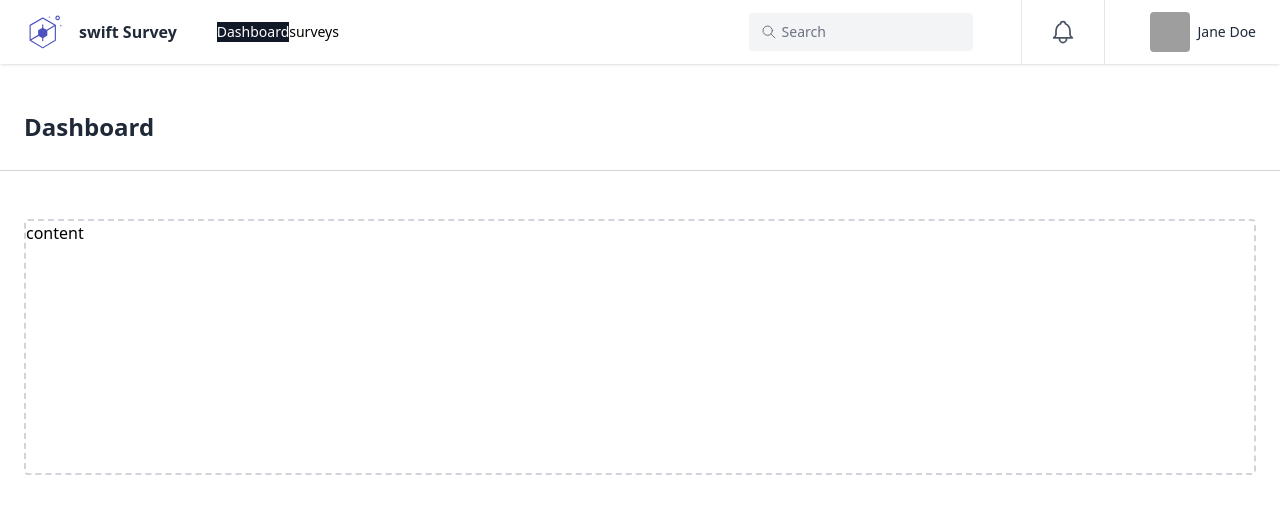
Repository: thomsontochi/swiftSurvey
Page: /dashboard (app in vue/)
These files come from the project's save history. The page is drawn as it stood at one moment and after a run of saves; the edit follows.
The browser window is 1280 px wide. The pictures show the whole page.
Pictures or frames that could not be fetched are drawn as grey boxes. The project was rebuilt for these pictures with package versions that can differ from the ones it lists, and the page was loaded fresh each time. Also part of the build but not shown: vue/vite.config.js, vue/src/views/Login.vue, vue/src/views/Register.vue, vue/src/views/Surveys.vue, vue/src/components/AuthLayout.vue, vue/src/components/Pages/Welcome.vue.

Above is the page before, as saved 2022-07-16 20:33:53.

### vue/src/main.js
import { createApp } from 'vue'
import App from './App.vue'
import store from './store'
import './index.css'
import router from './router'

createApp(App)
    .use(router)
    .use(store)
    .mount('#app')

### vue/src/App.vue
<script setup>

</script>

<template>

  <router-view></router-view>

</template>

### vue/src/store/index.js
import { createStore } from "vuex";

const store = createStore ({

    state: {
        user: {
            data: {},
            token: 123,
          }
    },
    getters:{},
    actions:{},
    mutations:{},
    modules:{}
})

export default store;

### vue/src/router/index.js
import { createRouter, createWebHistory } from "vue-router";
import Login from '../views/Login.vue'
import Register from '../views/Register.vue'
import Dashboard from "../views/Dashboard.vue"
import DefaultLayout from "../components/DefaultLayout.vue"
import Surveys from "../views/Surveys.vue"
import AuthLayout from "../components/AuthLayout.vue"
import Welcome from "../components/Pages/Welcome.vue"
import store from "../store"




const routes = [
    {
      path: "/",
      name: Welcome,
      component: Welcome
    },
    {
        path: "/dashboard",
        redirect: "/dashboard",
        component: DefaultLayout,
        meta: {requiresAuth: true},
        children: [
          { path: "/dashboard", name: "Dashboard", component: Dashboard },
          { path: "/surveys", name: "Surveys", component: Surveys },
        ],
    },
    {
        path:"/auth",
        redirect: "/login",
        name:"Auth",
        component: AuthLayout,
        meta: {isGuest: true},
        children: [

            {
                path: '/login',
                name: 'Login',
                component: Login
            },
            {
                path: '/register',
                name: 'Register',
                component: Register
            }

        ]

    },


];

const router = createRouter ({
    history: createWebHistory(),
    routes
})

router.beforeEach((to, from, next) => {
    if (to.meta.requiresAuth && !store.state.user.token) {
      next({ name: "Login" });
    } else if (store.state.user.token && to.meta.isGuest) {
      next({ name: "Dashboard" });
    } else {
      next();
    }
  });

export default router;

### vue/src/views/Dashboard.vue
<template>

     <!-- Page title starts -->

        <div class="  my-6 lg:my-12 container px-6 mx-auto flex flex-col lg:flex-row items-start lg:items-center justify-between pb-4 border-b border-gray-300">
            <div>
                <h4 class="text-2xl font-bold leading-tight text-gray-800">Dashboard</h4>

                <ul class="flex flex-col md:flex-row items-start md:items-center text-gray-600 text-sm mt-3"> </ul>
            </div>
            <!-- <div class="mt-6 lg:mt-0">
                <button class="mx-2 my-2 bg-white transition duration-150 ease-in-out focus:outline-none hover:bg-gray-100 rounded text-indigo-700 px-6 py-2 text-sm">Back</button>
                <button class="transition duration-150 ease-in-out hover:bg-indigo-600 focus:outline-none border bg-indigo-700 rounded text-white px-8 py-2 text-sm">Edit Profile</button>
            </div> -->
        </div>
        <!-- Page title ends -->


        <div class="container mx-auto px-6">
            <!-- Remove class [ h-64 ] when adding a card block -->
            <!-- Remove class [ border-dashed border-2 border-gray-300 ] to remove dotted border -->
            <div class="w-full h-64 rounded border-dashed border-2 border-gray-300">
                <!-- Place your content here -->
                <h1>content</h1>
            </div>
        </div>


</template>

<!-- <script>
export default {
    name: "LightWithGreyBackground",
    data() {
        return {
            xmlns: "http://www.w3.org/2000/svg",
            xlink: "http://www.w3.org/1999/xlink",
            profilePhoto: "https://tuk-cdn.s3.amazonaws.com/assets/components/boxed_layout/bl_1.png",
        };
    },
    methods: {
        dropdownHandler(event) {
            let single = event.currentTarget.getElementsByTagName("ul")[0];
            single.classList.toggle("hidden");
        },
        MenuHandler(el, val) {
            let MainList = el.currentTarget.parentElement.getElementsByTagName("ul")[0];
            let closeIcon = el.currentTarget.parentElement.getElementsByClassName("close-m-menu")[0];
            let showIcon = el.currentTarget.parentElement.getElementsByClassName("show-m-menu")[0];
            if (val) {
                MainList.classList.remove("hidden");
                el.currentTarget.classList.add("hidden");
                closeIcon.classList.remove("hidden");
            } else {
                showIcon.classList.remove("hidden");
                MainList.classList.add("hidden");
                el.currentTarget.classList.add("hidden");
            }
        },
    },
};
</script> -->

### vue/src/components/DefaultLayout.vue
<template>
    <div class="">
        <!-- Navigation starts -->
        <nav class="w-full mx-auto bg-white shadow">
            <div class="container px-6 justify-between h-16 flex items-center lg:items-stretch mx-auto">
                <div class="h-full flex items-center">
                    <div class="mr-10 flex items-center">
                        <svg aria-label="Home" id="logo" enable-background="new 0 0 300 300" height="44" viewBox="0 0 300 300" width="43" v-bind:xmlns="xmlns" :xmlns:xlink="xlink">
                            <g>
                                <path
                                    fill="#4c51bf"
                                    d="m234.735 35.532c-8.822 0-16 7.178-16 16s7.178 16 16 16 16-7.178 16-16-7.178-16-16-16zm0 24c-4.412 0-8-3.588-8-8s3.588-8 8-8 8 3.588 8 8-3.588 8-8 8zm-62.529-14c0-2.502 2.028-4.53 4.53-4.53s4.53 2.028 4.53 4.53c0 2.501-2.028 4.529-4.53 4.529s-4.53-2.027-4.53-4.529zm89.059 60c0 2.501-2.028 4.529-4.53 4.529s-4.53-2.028-4.53-4.529c0-2.502 2.028-4.53 4.53-4.53s4.53 2.029 4.53 4.53zm-40.522-5.459-88-51.064c-1.242-.723-2.773-.723-4.016 0l-88 51.064c-1.232.715-1.992 2.033-1.992 3.459v104c0 1.404.736 2.705 1.938 3.428l88 52.936c.635.381 1.35.572 2.062.572s1.428-.191 2.062-.572l88-52.936c1.201-.723 1.938-2.023 1.938-3.428v-104c0-1.426-.76-2.744-1.992-3.459zm-90.008-42.98 80.085 46.47-52.95 31.289-23.135-13.607v-21.713c0-2.209-1.791-4-4-4s-4 1.791-4 4v21.713l-26.027 15.309c-1.223.719-1.973 2.029-1.973 3.447v29.795l-52 30.727v-94.688zm0 198.707-80.189-48.237 51.467-30.412 24.723 14.539v19.842c0 2.209 1.791 4 4 4s4-1.791 4-4v-19.842l26.027-15.307c1.223-.719 1.973-2.029 1.973-3.447v-31.667l52-30.728v94.729z"
                                />
                            </g>
                        </svg>
                        <router-link :to="{path: '/' }" class="text-base text-gray-800 font-bold tracking-normal leading-tight ml-3 hidden lg:block">swift Survey</router-link>
                    </div>

                    <ul class="pr-12 xl:flex items-center h-full hidden">
                        <li class="hover:text-indigo-700 cursor-pointer h-full flex items-center text-sm  tracking-normal">
                         <router-link
                          v-for="item in navigation"
                          :key="item.name"
                          :to="item.to"
                          active-class="bg-gray-900 text-white"
                         >
                              {{item.name}}
                        </router-link>
                        </li>
                        <!-- <li class="hover:text-indigo-700 cursor-pointer h-full flex items-center text-sm text-gry-800 mx-10 tracking-normal">
                         <router-link
                            v-for="item in navigation"
                            :key="item.name"
                            :to="item.to"
                            active-class="bg-gray-900 text-white"
                            :class="[ this.$route.name === item.to.name ? '' : ' hover:bg-gray-700 hover:text-white', 'px-3 py-2 rounded-md text-sm font-medium']">
                            {{item.name}}
                        </router-link>
                        </li> -->

                    </ul>
                </div>

                <div class="h-full xl:flex items-center justify-end hidden">
                    <div class="w-full h-full flex items-center">
                        <div class="w-full pr-12 h-full flex items-center border-r">
                            <div class="relative w-full">
                                <div class="text-gray-500 absolute ml-3 inset-0 m-auto w-4 h-4">
                                    <svg v-bind:xmlns="xmlns" class="icon icon-tabler icon-tabler-search" width="16" height="16" viewBox="0 0 24 24" stroke-width="1.5" stroke="currentColor" fill="none" stroke-linecap="round" stroke-linejoin="round">
                                        <path stroke="none" d="M0 0h24v24H0z" />
                                        <circle cx="10" cy="10" r="7" />
                                        <line x1="21" y1="21" x2="15" y2="15" />
                                    </svg>
                                </div>
                                <input class="border border-gray-100 focus:outline-none focus:border-indigo-700 w-56 rounded text-sm text-gray-500 bg-gray-100 pl-8 py-2" type="text" placeholder="Search" />
                            </div>
                        </div>
                        <div class="w-full h-full flex">
                            <div class="w-32 h-full flex items-center justify-center border-r cursor-pointer text-gray-600">
                                <svg v-bind:xmlns="xmlns" class="icon icon-tabler icon-tabler-bell" width="28" height="28" viewBox="0 0 24 24" stroke-width="1.5" stroke="currentColor" fill="none" stroke-linecap="round" stroke-linejoin="round">
                                    <path stroke="none" d="M0 0h24v24H0z" />
                                    <path d="M10 5a2 2 0 0 1 4 0a7 7 0 0 1 4 6v3a4 4 0 0 0 2 3h-16a4 4 0 0 0 2 -3v-3a7 7 0 0 1 4 -6" />
                                    <path d="M9 17v1a3 3 0 0 0 6 0v-1" />
                                </svg>
                            </div>
                            <div aria-haspopup="true" class="cursor-pointer w-full flex items-center justify-end relative" @click="dropdownHandler($event)">
                                <ul class="p-2 w-40 border-r bg-white absolute rounded z-40 left-0 shadow mt-64 hidden">
                                    <li class="cursor-pointer text-gray-600 text-sm leading-3 tracking-normal py-2 hover:text-indigo-700 focus:text-indigo-700 focus:outline-none">
                                        <div class="flex items-center">
                                            <svg v-bind:xmlns="xmlns" class="icon icon-tabler icon-tabler-user" width="20" height="20" viewBox="0 0 24 24" stroke-width="1.5" stroke="currentColor" fill="none" stroke-linecap="round" stroke-linejoin="round">
                                                <path stroke="none" d="M0 0h24v24H0z" />
                                                <circle cx="12" cy="7" r="4" />
                                                <path d="M6 21v-2a4 4 0 0 1 4 -4h4a4 4 0 0 1 4 4v2" />
                                            </svg>
                                            <span class="ml-2"> My Profile </span>
                                        </div>
                                    </li>
                                    <li class="cursor-pointer text-gray-600 text-sm leading-3 tracking-normal mt-2 py-2 hover:text-indigo-700 focus:text-indigo-700 focus:outline-none flex items-center">
                                        <svg v-bind:xmlns="xmlns" class="icon icon-tabler icon-tabler-help" width="20" height="20" viewBox="0 0 24 24" stroke-width="1.5" stroke="currentColor" fill="none" stroke-linecap="round" stroke-linejoin="round">
                                            <path stroke="none" d="M0 0h24v24H0z" />
                                            <circle cx="12" cy="12" r="9" />
                                            <line x1="12" y1="17" x2="12" y2="17.01" />
                                            <path d="M12 13.5a1.5 1.5 0 0 1 1 -1.5a2.6 2.6 0 1 0 -3 -4" />
                                        </svg>
                                        <span class="ml-2">Help Center</span>
                                    </li>
                                    <li class="cursor-pointer text-gray-600 text-sm leading-3 tracking-normal mt-2 py-2 hover:text-indigo-700 flex items-center focus:text-indigo-700 focus:outline-none">
                                        <svg v-bind:xmlns="xmlns" class="icon icon-tabler icon-tabler-settings" width="20" height="20" viewBox="0 0 24 24" stroke-width="1.5" stroke="currentColor" fill="none" stroke-linecap="round" stroke-linejoin="round">
                                            <path stroke="none" d="M0 0h24v24H0z" />
                                            <path d="M10.325 4.317c.426-1.756 2.924-1.756 3.35 0a1.724 1.724 0 0 0 2.573 1.066c1.543-.94 3.31.826 2.37 2.37a1.724 1.724 0 0 0 1.065 2.572c1.756.426 1.756 2.924 0 3.35a1.724 1.724 0 0 0 -1.066 2.573c.94 1.543-.826 3.31-2.37 2.37a1.724 1.724 0 0 0 -2.572 1.065c-.426 1.756-2.924 1.756-3.35 0a1.724 1.724 0 0 0 -2.573 -1.066c-1.543.94-3.31-.826-2.37-2.37a1.724 1.724 0 0 0 -1.065 -2.572c-1.756-.426-1.756-2.924 0-3.35a1.724 1.724 0 0 0 1.066 -2.573c-.94-1.543.826-3.31 2.37-2.37.996.608 2.296.07 2.572-1.065z" />
                                            <circle cx="12" cy="12" r="3" />
                                        </svg>
                                        <span class="ml-2">Account Settings</span>
                                    </li>
                                </ul>
                                <img class="rounded h-10 w-10 object-cover" v-bind:src="profilePhoto" alt="logo" />
                                <p class="text-gray-800 text-sm ml-2">Jane Doe</p>
                            </div>
                        </div>
                    </div>
                </div>

                <div class="visible xl:hidden flex items-center">
                    <ul class="z-40 p-2 border-r bg-white absolute rounded top-0 left-0 right-0 shadow mt-16 md:mt-16 hidden">
                        <li class="flex xl:hidden cursor-pointer text-gray-600 text-base leading-3 tracking-normal mt-2 py-3 hover:text-indigo-700 focus:text-indigo-700 focus:outline-none">
                            <div class="flex items-center">
                                <span class="leading-6 ml-2 font-bold"> Dashboard </span>
                            </div>
                        </li>
                        <li class="xl:hidden flex-col cursor-pointer text-gray-600 text-base leading-3 tracking-normal py-3 hover:text-indigo-700 focus:text-indigo-700 focus:outline-none flex justify-center" @click="dropdownHandler($event)">
                            <div class="flex items-center">
                                <span class="leading-6 ml-2 font-bold"> Products </span>
                            </div>
                            <ul class="ml-2 mt-3 hidden">
                                <li class="cursor-pointer text-gray-600 text-sm leading-3 tracking-normal py-3 hover:bg-indigo-700 hover:text-white px-3 font-normal">Landing Pages</li>
                                <li class="cursor-pointer text-gray-600 text-sm leading-3 tracking-normal py-3 hover:bg-indigo-700 hover:text-white px-3 font-normal">Templates</li>
                                <li class="cursor-pointer text-gray-600 text-sm leading-3 tracking-normal py-3 hover:bg-indigo-700 hover:text-white px-3 font-normal">Components</li>
                            </ul>
                        </li>
                        <li class="xl:hidden cursor-pointer text-gray-600 text-base leading-3 tracking-normal py-3 hover:text-indigo-700 flex items-center focus:text-indigo-700 focus:outline-none">
                            <span class="leading-6 ml-2 font-bold">Performance</span>
                        </li>
                        <li class="xl:hidden flex-col cursor-pointer text-gray-600 text-base leading-3 tracking-normal mb-2 py-3 hover:text-indigo-700 focus:text-indigo-700 focus:outline-none flex justify-center" @click="dropdownHandler($event)">
                            <div class="flex items-center">
                                <span class="leading-6 ml-2 font-bold"> Deliverables </span>
                            </div>
                            <ul class="ml-2 mt-3 hidden">
                                <li class="cursor-pointer text-gray-600 text-sm leading-3 tracking-normal py-3 hover:bg-indigo-700 hover:text-white px-3 font-normal">Landing Pages</li>
                                <li class="cursor-pointer text-gray-600 text-sm leading-3 tracking-normal py-3 hover:bg-indigo-700 hover:text-white px-3 font-normal">Templates</li>
                                <li class="cursor-pointer text-gray-600 text-sm leading-3 tracking-normal py-3 hover:bg-indigo-700 hover:text-white px-3 font-normal">Components</li>
                            </ul>
                        </li>
                        <li>
                            <hr class="border-b border-gray-300 w-full" />
                        </li>
                        <li class="ml-2 cursor-pointer text-gray-600 text-sm leading-3 tracking-normal mt-2 py-2 hover:text-indigo-700 flex items-center focus:text-indigo-700 focus:outline-none">
                            <div class="flex items-center">
                                <div class="w-12 cursor-pointer flex text-sm border-2 border-transparent rounded focus:outline-none focus:border-white transition duration-150 ease-in-out">
                                    <img class="rounded h-10 w-10 object-cover" v-bind:src="profilePhoto" alt="logo" />
                                </div>
                                <p class="leading-6 text-base ml-1 cursor-pointer">Jane Doe</p>
                                <div class="sm:ml-2 text-white relative">
                                    <svg v-bind:xmlns="xmlns" class="icon icon-tabler icon-tabler-chevron-down cursor-pointer" width="20" height="20" viewBox="0 0 24 24" stroke-width="1.5" stroke="currentColor" fill="none" stroke-linecap="round" stroke-linejoin="round">
                                        <path stroke="none" d="M0 0h24v24H0z"></path>
                                        <polyline points="6 9 12 15 18 9"></polyline>
                                    </svg>
                                </div>
                            </div>
                        </li>
                        <li class="ml-2 cursor-pointer text-gray-600 text-base leading-3 tracking-normal py-2 hover:text-indigo-700 focus:text-indigo-700 focus:outline-none">
                            <div class="flex items-center">
                                <svg v-bind:xmlns="xmlns" class="icon icon-tabler icon-tabler-user" width="24" height="24" viewBox="0 0 24 24" stroke-width="1.5" stroke="currentColor" fill="none" stroke-linecap="round" stroke-linejoin="round">
                                    <path stroke="none" d="M0 0h24v24H0z" />
                                    <circle cx="12" cy="7" r="4" />
                                    <path d="M6 21v-2a4 4 0 0 1 4 -4h4a4 4 0 0 1 4 4v2" />
                                </svg>
                                <span class="leading-6 ml-2">Profile</span>
                            </div>
                        </li>
                    </ul>

                    <svg @click="MenuHandler($event, true)" aria-haspopup="true" aria-label="Main Menu" v-bind:xmlns="xmlns" class="show-m-menu icon icon-tabler icon-tabler-menu" width="28" height="28" viewBox="0 0 24 24" stroke-width="1.5" stroke="#000" fill="none" stroke-linecap="round" stroke-linejoin="round">
                        <path stroke="none" d="M0 0h24v24H0z"></path>
                        <line x1="4" y1="8" x2="20" y2="8"></line>
                        <line x1="4" y1="16" x2="20" y2="16"></line>
                    </svg>
                    <div class="hidden close-m-menu" @click="MenuHandler($event, false)">
                        <svg aria-label="Close" v-bind:xmlns="xmlns" width="24" height="24" viewBox="0 0 24 24" stroke-width="1.5" stroke="#000" fill="none" stroke-linecap="round" stroke-linejoin="round">
                            <path stroke="none" d="M0 0h24v24H0z" />
                            <line x1="18" y1="6" x2="6" y2="18" />
                            <line x1="6" y1="6" x2="18" y2="18" />
                        </svg>
                    </div>
                </div>
            </div>
        </nav>
        <!-- Navigation ends -->

        <router-view></router-view>

    </div>
</template>

<script>


    const navigation = [
        { name: "Dashboard", to: { path: "/Dashboard" } },
        { name: "surveys", to: { path: "/Surveys" } }
        ];

export default {
    name: "LightWithGreyBackground",
    data() {
        return {
            xmlns: "http://www.w3.org/2000/svg",
            xlink: "http://www.w3.org/1999/xlink",
            profilePhoto: "https://tuk-cdn.s3.amazonaws.com/assets/components/boxed_layout/bl_1.png",
        };
    },


    methods: {
        dropdownHandler(event) {
            let single = event.currentTarget.getElementsByTagName("ul")[0];
            single.classList.toggle("hidden");
        },
        MenuHandler(el, val) {
            let MainList = el.currentTarget.parentElement.getElementsByTagName("ul")[0];
            let closeIcon = el.currentTarget.parentElement.getElementsByClassName("close-m-menu")[0];
            let showIcon = el.currentTarget.parentElement.getElementsByClassName("show-m-menu")[0];
            if (val) {
                MainList.classList.remove("hidden");
                el.currentTarget.classList.add("hidden");
                closeIcon.classList.remove("hidden");
            } else {
                showIcon.classList.remove("hidden");
                MainList.classList.add("hidden");
                el.currentTarget.classList.add("hidden");
            }
        },

    },

    setup() {

        return {

          navigation,

        };


    }











};


</script>

### vue/tailwind.config.js
/** @type {import('tailwindcss').Config} */
module.exports = {
  content: [
    "./index.html",
    "./src/**/*.{vue,js,ts,jsx,tsx}",
  ],
  theme: {
    extend: {},
  },
  plugins: [require("@tailwindcss/forms")],
}

Loaded but not shown: vue/index.html (common file); vue/src/index.css (common file)

After the next 5 saves:
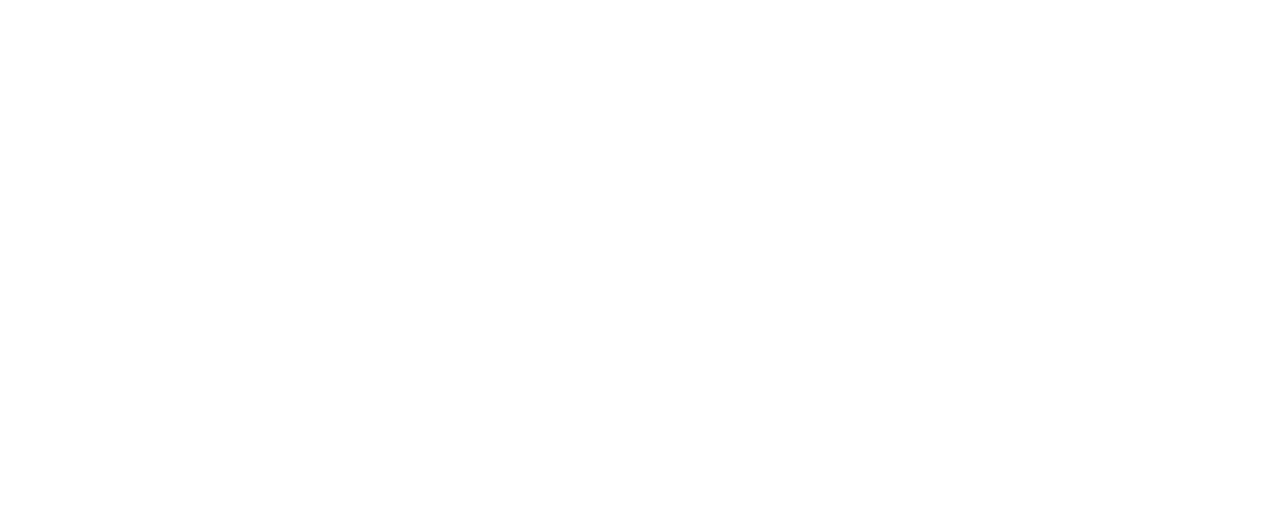
Console error: TypeError: Cannot read properties of undefined (reading 'name')
The 5 saves are shown as one change because they came seconds apart.
The last was saved 15 s later.
--- a/vue/src/components/DefaultLayout.vue
+++ b/vue/src/components/DefaultLayout.vue
@@ -18,12 +18,7 @@
 
                     <ul class="pr-12 xl:flex items-center h-full hidden">
                         <li class="hover:text-indigo-700 cursor-pointer h-full flex items-center text-sm  tracking-normal">
-                         <router-link
-                          v-for="item in navigation"
-                          :key="item.name"
-                          :to="item.to"
-                          active-class="bg-gray-900 text-white"
-                         >
+                         <router-link>
                               {{item.name}}
                         </router-link>
                         </li>

After the 2 saves that followed:
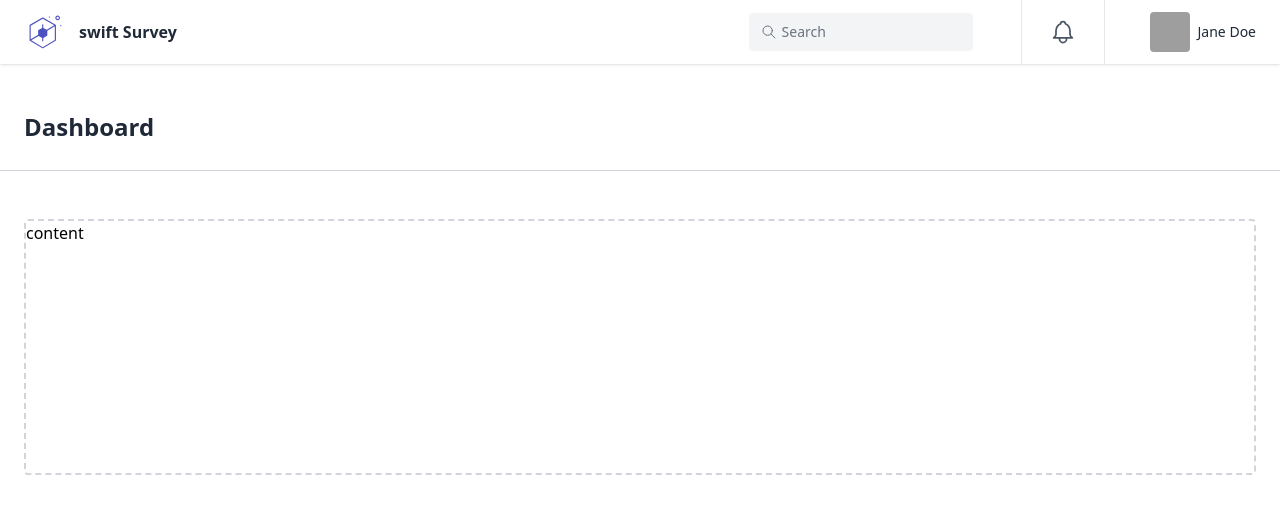
The error is gone.
The 2 saves are shown as one change because they came seconds apart.
The last was saved 9 s later.
--- a/vue/src/components/DefaultLayout.vue
+++ b/vue/src/components/DefaultLayout.vue
@@ -18,9 +18,7 @@
 
                     <ul class="pr-12 xl:flex items-center h-full hidden">
                         <li class="hover:text-indigo-700 cursor-pointer h-full flex items-center text-sm  tracking-normal">
-                         <router-link>
-                              {{item.name}}
-                        </router-link>
+                         <router-link>  </router-link>
                         </li>
                         <!-- <li class="hover:text-indigo-700 cursor-pointer h-full flex items-center text-sm text-gry-800 mx-10 tracking-normal">
                          <router-link
